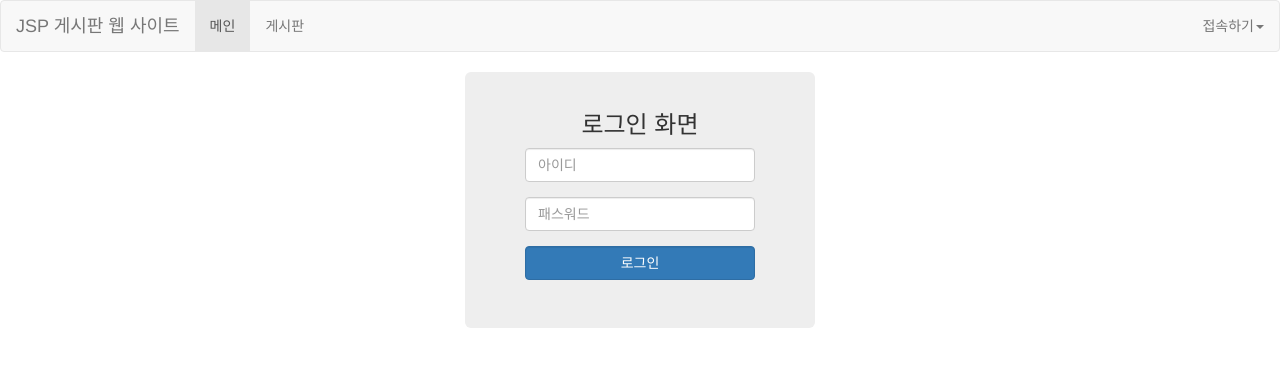
Repository: jsj961/bulletin-board-system
Page: http://localhost/BBS/main.jsp
The author's editor kept a copy of each file at every save. The page is drawn from the files as they stood at one save, then again after the next save.
The browser window is 1280 px wide. The pictures show the whole page.
Some web libraries are served in a nearby version. The page is served by Tomcat 9. Other server files are loaded and not shown.

Above is the page before, as saved 2021-06-30 10:40:51.

### BBS/src/main/webapp/main.jsp
<%@ page language="java" contentType="text/html; charset=UTF-8"
    pageEncoding="UTF-8"%>
<%@ page import="java.io.PrintWriter" %>
<!DOCTYPE html>
<html>
<head>
<meta charset="UTF-8">
<meta name="viewport" content="width=device-width", initial-scale="1">
<link rel="stylesheet" href="css/bootstrap.css">
<title>JSP 게시판 웹 사이트</title>
</head>
<body>
	<%
		String userID = null;
		if(session.getAttribute("userID") != null) {
			userID = (String) session.getAttribute("userID");
		}
	%>
	<nav class="navbar navbar-default">
		<div class="navbar-header">
			<button type="button" class="navbar-toggle collasped"
				data-toggle="collapse" data-target="#bs-example-navbar-collaspe-1"
				aria-expanded="false">
				<span class="icon-bar"></span>
				<span class="icon-bar"></span>
				<span class="icon-bar"></span>
			</button>
			<a class="navbar-brand" href="main.jsp">JSP 게시판 웹 사이트</a>
		</div>
		<div class="collapse navbar-collapse" id="bs-example-navbar-collapse-1">
			<ul class="nav navbar-nav">
				<li class="active"><a href="main.jsp">메인</a></li>
				<li><a href="bbs.jsp">게시판</a></li>
			</ul>
			<%
				if(userID == null) {
			%>
			<ul class="nav navbar-nav navbar-right">
				<li class="dropdown">
					<a href="#" class="dropdown-toggle"
					 	data-toggle="dropdown" role="button" aria-haspopup="true"
					 	aria-expanded="false">접속하기<span class="caret"></span></a>
				 	<ul class="dropdown-menu">
				 		<li><a href="login.jsp">로그인</a></li>
				 		<li><a href="join.jsp">회원가입</a></li>
				 	</ul>
				</li>
			</ul>
			<%
				} else {
			%>
			<ul class="nav navbar-nav navbar-right">
				<li class="dropdown">
					<a href="#" class="dropdown-toggle"
					 	data-toggle="dropdown" role="button" aria-haspopup="true"
					 	aria-expanded="false">회원관리<span class="caret"></span></a>
				 	<ul class="dropdown-menu">
				 		<li><a href="logoutAction.jsp">로그아웃</a></li>
				 	</ul>
				</li>
			</ul>
			<%
				}
			%>
		</div>
	</nav>
	<div class="container">
		<div class="col-lg-4"></div>
		<div class="col-lg-4">
			<div class="jumbotron" style="padding-top: 20px;">
				<form method="post" action="loginAction.jsp">
					<h3 style="text-align: center;">로그인 화면</h3>
					<div class="form-group">
						<input type="text" class="form-control" placeholder="아이디" name="userID" maxlength="20">
					</div>
					<div class="form-group">
						<input type="password" class="form-control" placeholder="패스워드" name="userPassword" maxlength="20">
					</div>
					<input type="submit" class="btn btn-primary form-control" value="로그인">
				</form>
			</div>
		</div>
		<div class="col-lg-4"></div>
	</div>
	<script src="https://ajax.googleapis.com/ajax/libs/jquery/3.2.1/jquery.min.js"></script>
	<script src="js/bootstrap.js"></script>

</body>
</html>

Loaded but not shown: BBS/src/main/webapp/css/bootstrap.css (library); BBS/src/main/webapp/js/bootstrap.js (library)

After the next save:
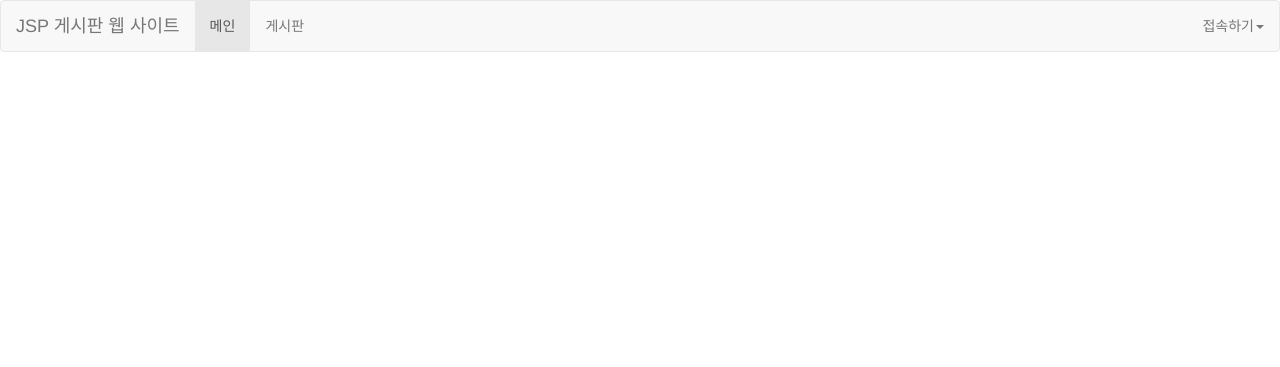
Saved 36 s later.
--- a/BBS/src/main/webapp/main.jsp
+++ b/BBS/src/main/webapp/main.jsp
@@ -64,24 +64,6 @@
 			%>
 		</div>
 	</nav>
-	<div class="container">
-		<div class="col-lg-4"></div>
-		<div class="col-lg-4">
-			<div class="jumbotron" style="padding-top: 20px;">
-				<form method="post" action="loginAction.jsp">
-					<h3 style="text-align: center;">로그인 화면</h3>
-					<div class="form-group">
-						<input type="text" class="form-control" placeholder="아이디" name="userID" maxlength="20">
-					</div>
-					<div class="form-group">
-						<input type="password" class="form-control" placeholder="패스워드" name="userPassword" maxlength="20">
-					</div>
-					<input type="submit" class="btn btn-primary form-control" value="로그인">
-				</form>
-			</div>
-		</div>
-		<div class="col-lg-4"></div>
-	</div>
 	<script src="https://ajax.googleapis.com/ajax/libs/jquery/3.2.1/jquery.min.js"></script>
 	<script src="js/bootstrap.js"></script>
 
